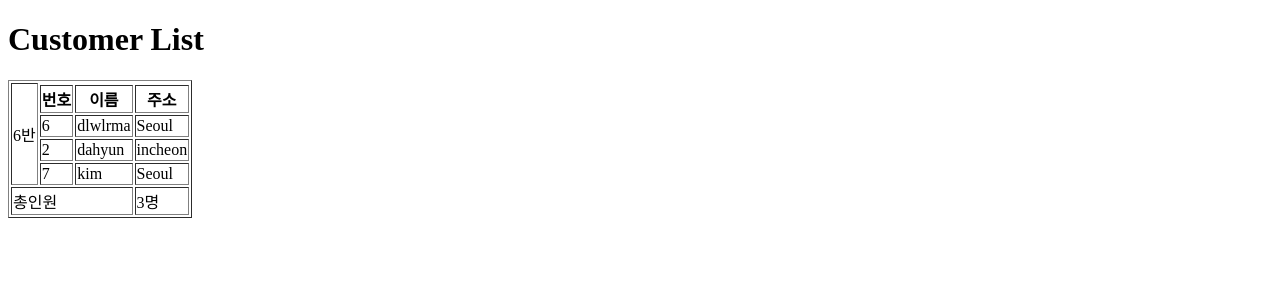
Repository: hyungju2/SSAFY_JavaPractice
Page: 20190211_HTML/web_java/HTMLProject/WebContent/html/Tabletag.html
The author's editor kept a copy of each file at every save. The page is drawn from the files as they stood at one save, then again after the next save.
The browser window is 1280 px wide. The pictures show the whole page.

Above is the page before, as saved 2019-02-11 04:47:15.

### 20190211_HTML/web_java/HTMLProject/WebContent/html/Tabletag.html
<!DOCTYPE html>
<html>
<head>
<meta charset="UTF-8">
<title>Table Tag</title>
</head>
<body>
<!-- Table Tag(2차원 표) -->
<h1> Customer List</h1>

	<table border="1">
		<tr>
			<td rowspan="5">6반</td>

		</tr>
		<tr>
			<th>번호</th>
			<th>이름</th>
			<th>주소</th>
		</tr>

		<tr>
		<td>6</td>
		<td>dlwlrma</td>
		<td>Seoul</td>
		</tr>



		<tr>
		<td>2</td>
		<td>dahyun</td>
		<td>incheon</td>
		</tr>


		<tr>
		<td>7</td>
		<td>kim</td>
		<td>Seoul</td>
		</tr>
		<tr>
			<td colspan="3">총인원</td>
			<td>3명</td>
		</tr>


	</table>
</body>
</html>

After the next save:
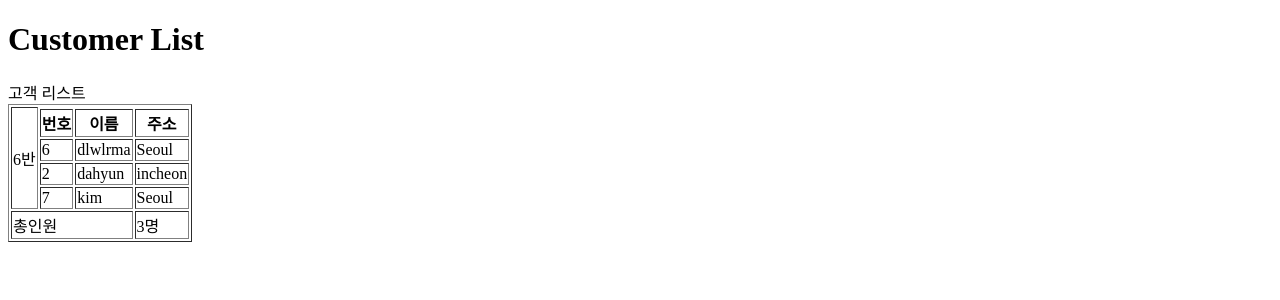
Saved 7 min 36 s later.
--- a/20190211_HTML/web_java/HTMLProject/WebContent/html/Tabletag.html
+++ b/20190211_HTML/web_java/HTMLProject/WebContent/html/Tabletag.html
@@ -9,6 +9,7 @@
 <h1> Customer List</h1>
 
 	<table border="1">
+		<captaion>고객 리스트</captaion>
 		<tr>
 			<td rowspan="5">6반</td>
 
